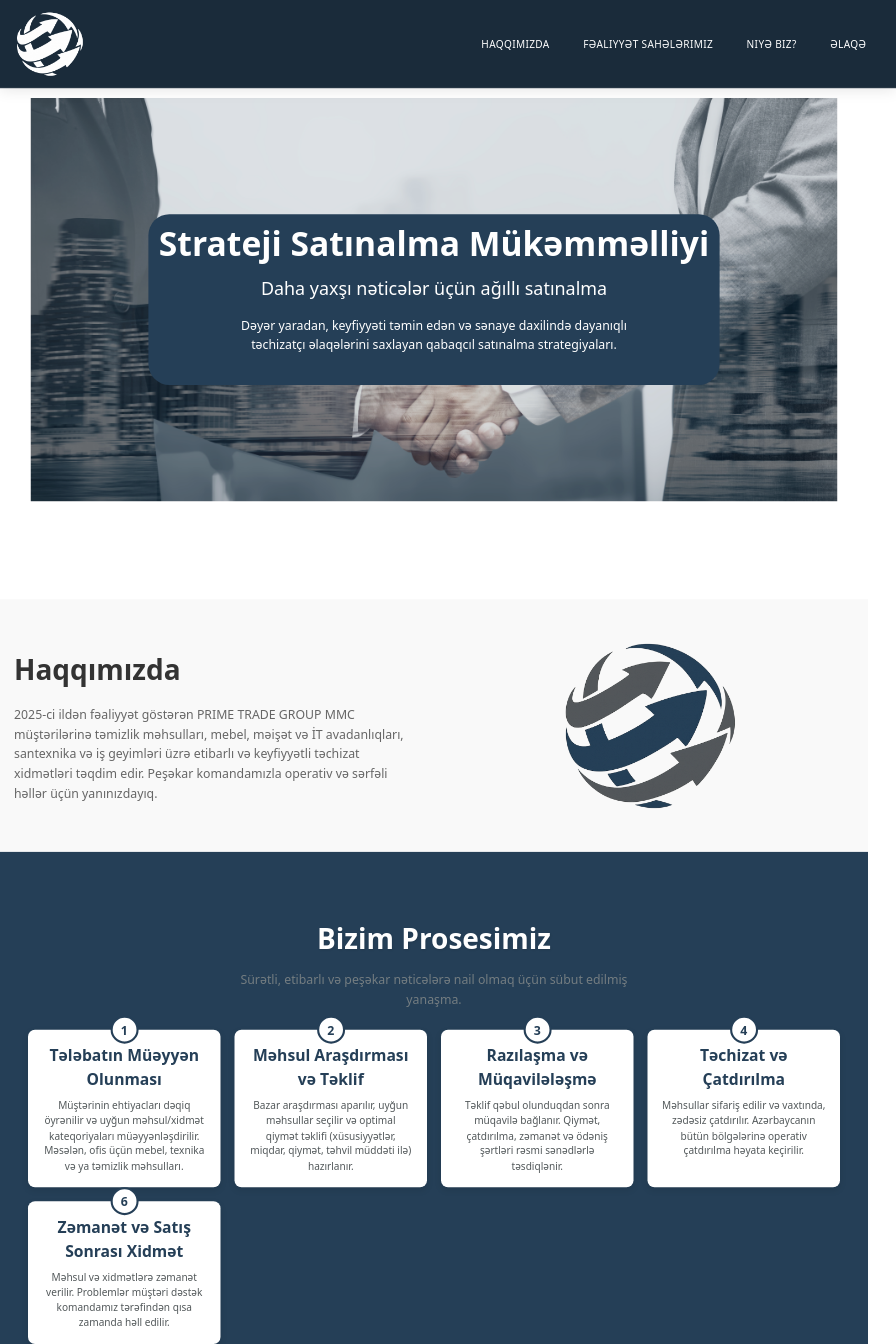
Repository: ferhadsultan98/primetradegroup
Page: /
An editor plug-in stored every save of this project. The page is shown before and after a run of saves, followed by the edit.
The browser window is 1280 px wide. The pictures show the part of the page from y = 0 to 1920 px (the page is 5173 px tall), at 70% of full size.
The page's requests for data from a server got no answer. The project was rebuilt for these pictures with package versions that can differ from the ones it lists, and the page was loaded fresh each time. No one was signed in, and anything a server would have sent is missing. Also part of the build but not shown: vite.config.js, src/Components/Mainlayout/MainLayout.scss, src/Pages/About/About.scss, src/Components/SectionHeader/SectionHeader.scss, src/Components/BreadCrumb/BreadCrumb.scss, src/Components/BreadCrumb/BreadCrumb.jsx, src/Components/SectionHeader/SectionHeader.jsx, src/Pages/About/About.jsx and 21 more.

Above is the page before, as saved 2025-08-09 15:20:19.

After the next 2 saves:
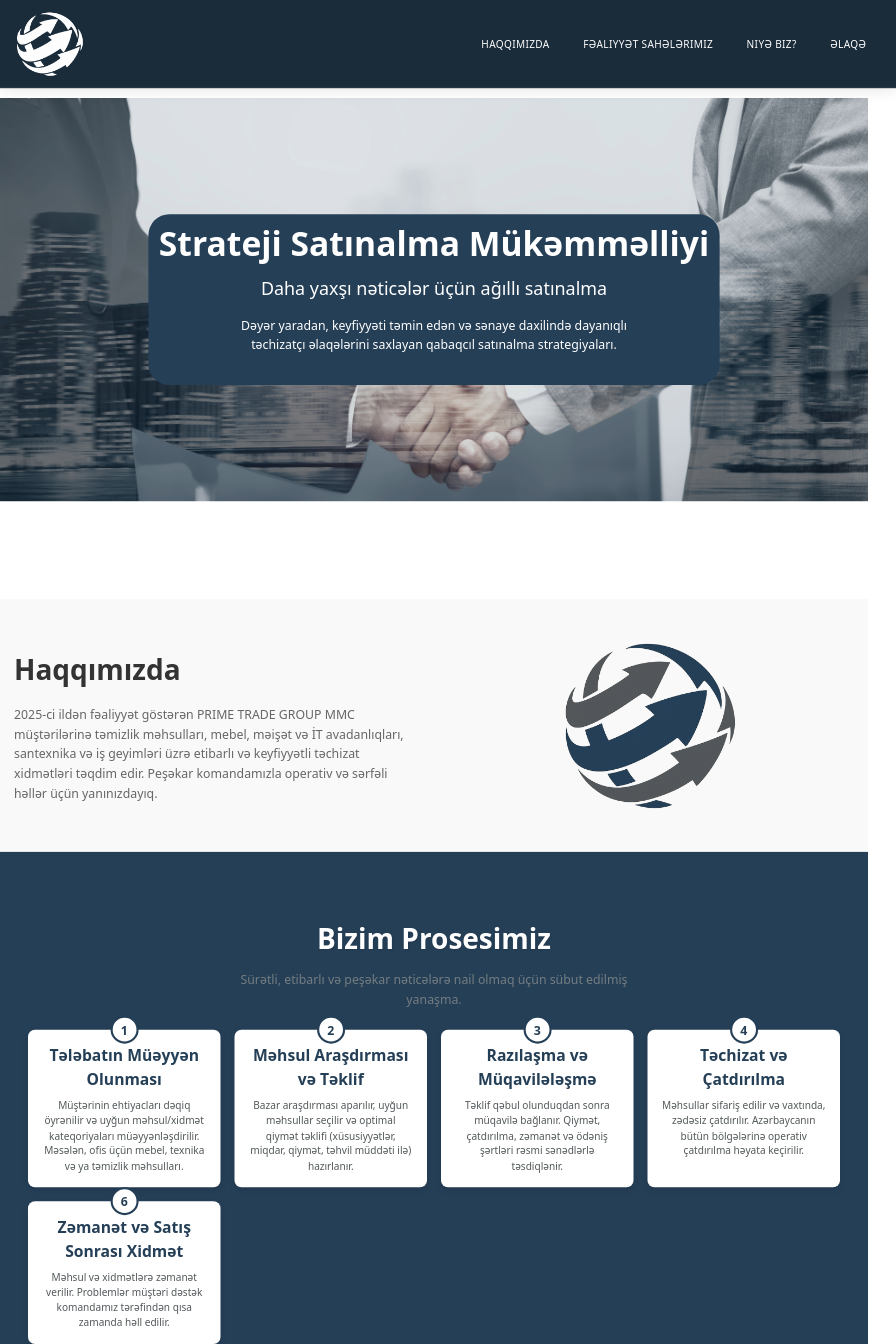
The 2 saves are shown as one change because they came seconds apart.
The last was saved 9 s later.
--- a/src/Pages/Home/HomeSection.scss
+++ b/src/Pages/Home/HomeSection.scss
@@ -28,7 +28,7 @@
 
   .sliderContainer {
     position: relative;
-    width: 90vw;
+ max-width: 1400px;
     height: 80vh;
     margin: 140px auto;
 
